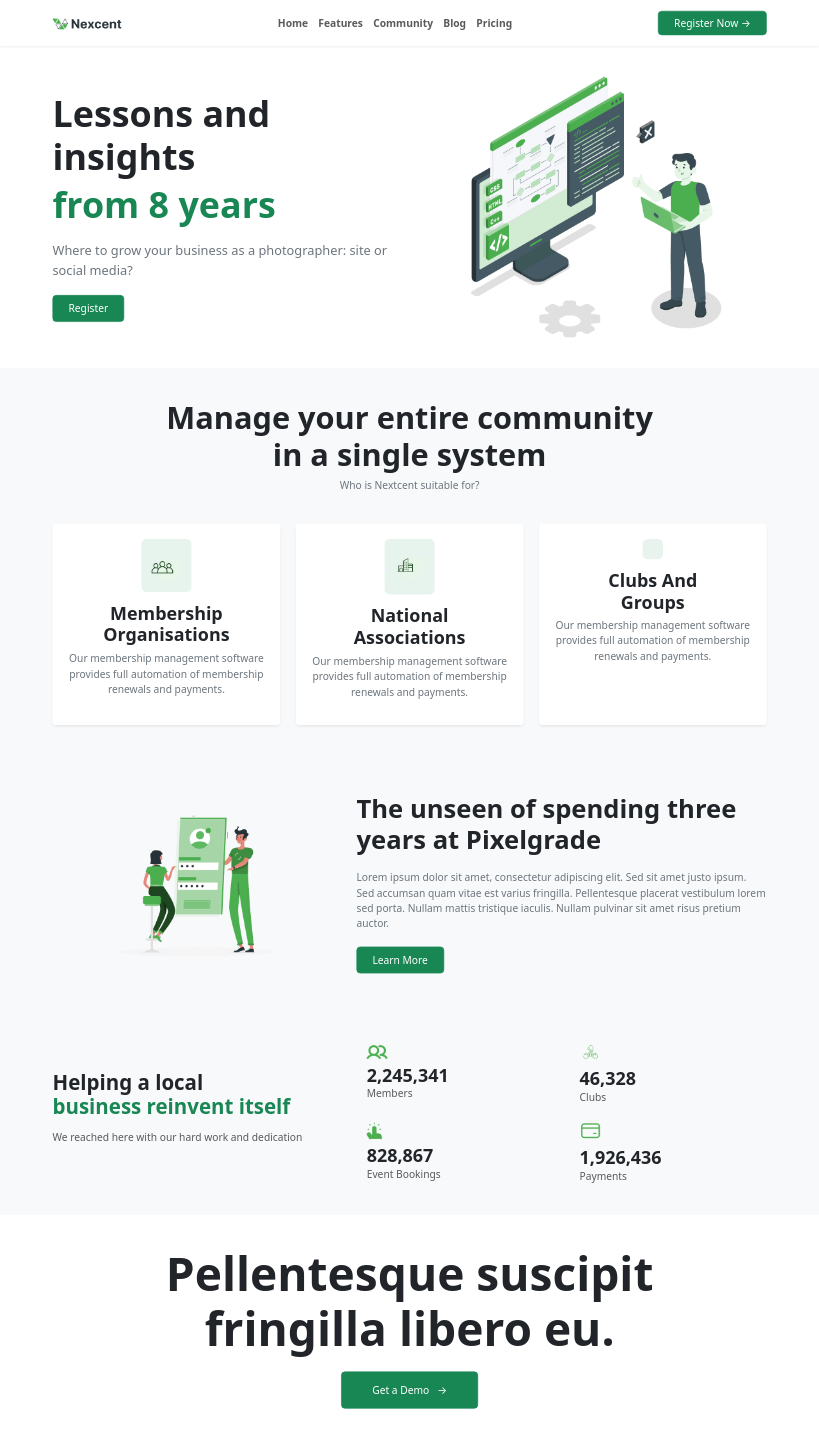
Repository: Laibaaa10/Bootstrap1
Page: index.html
An editor plug-in stored every save of this project. The page is shown before and after a run of saves, followed by the edit.
The browser window is 1280 px wide. The pictures show the whole page, at 64% of full size.

Above is the page before, as saved 2026-06-18 08:16:47.

After the next 2 saves:
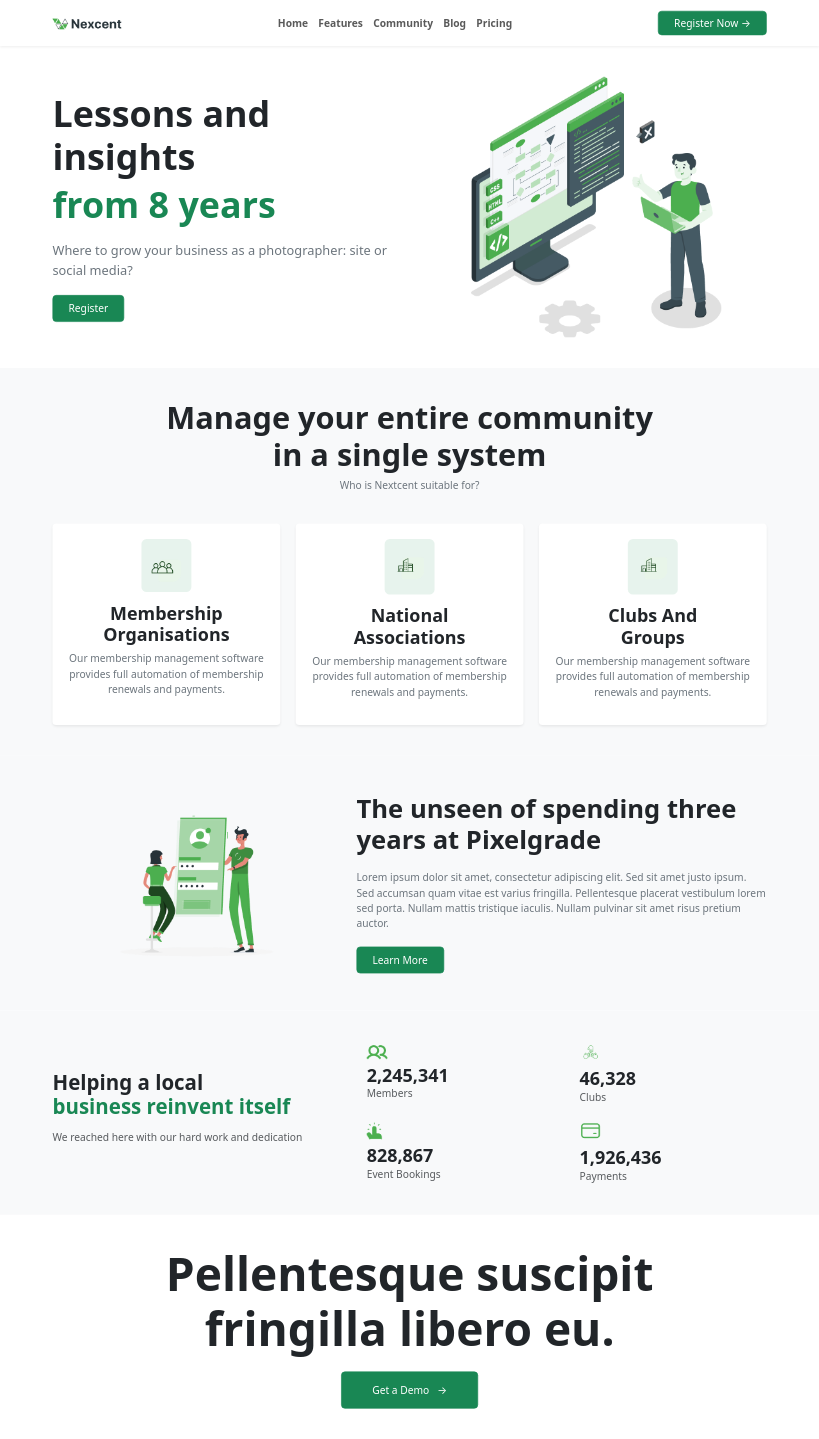
The 2 saves are shown as one change because they came seconds apart.
The last was saved 68 s later.
--- a/index.html
+++ b/index.html
@@ -147,6 +147,7 @@
                 <div class="card border-0 shadow-sm h-100 text-center p-4">
 
                     <div class="mx-auto bg-success bg-opacity-10 rounded-3 p-3 mb-3">
+                         <img src="./images/Icon (4).png" alt="Illustration" class="img-fluid mb-2">
                         <i class="bi bi-diagram-3 fs-2 text-success"></i>
                     </div>
 
